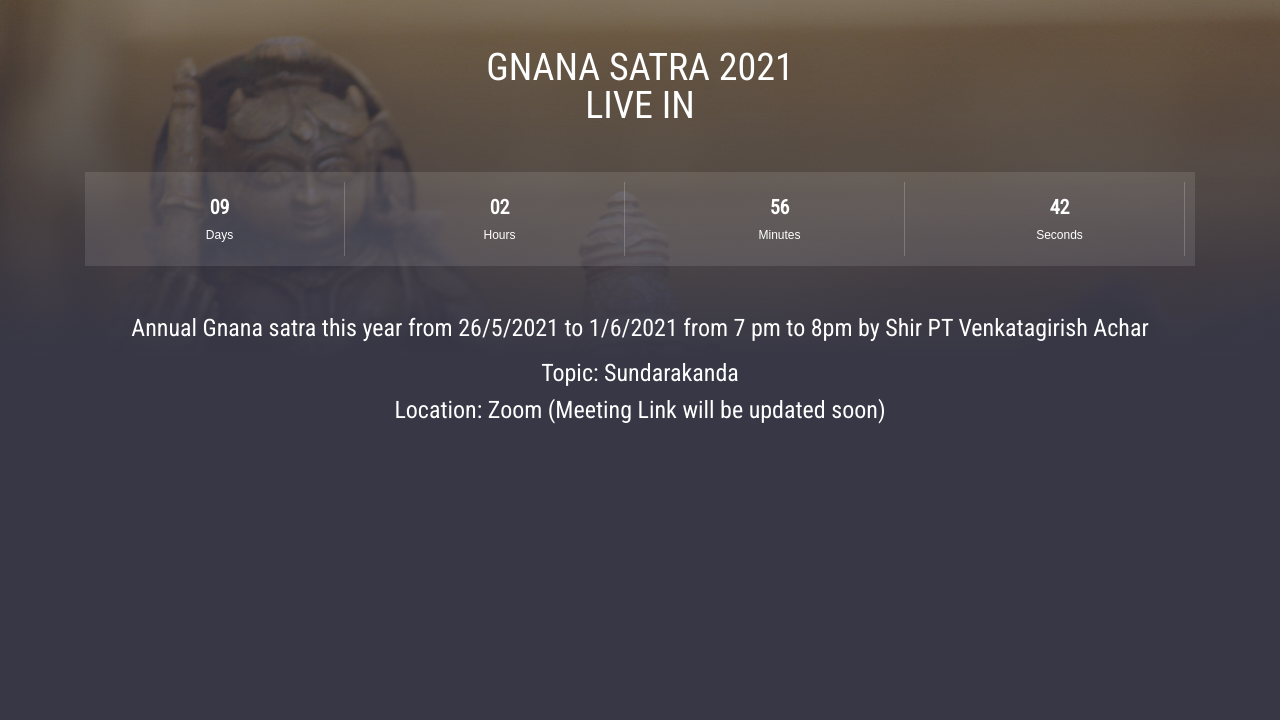
Repository: anirudhbichal/gs
Page: /
These files come from the project's save history. The page is drawn as it stood at one moment and after the next save; the edit follows.
The browser window is 1280 px wide. The pictures show the whole page.
The project was rebuilt for these pictures with package versions that can differ from the ones it lists, and the page was loaded fresh each time.

Above is the page before, as saved 2021-05-17 17:52:08.

### src/App.js
import 'bootstrap/dist/css/bootstrap.min.css';
import './App.css';
import Container from 'react-bootstrap/Container';
import Timer from "./components/countdown/Timer";

function App() {
  return (
    <div className="App">
      <Container className="my-5">
        <h1 className="mb-5">
          Gnana Satra 2021
          <br />
          Live In
        </h1>
        <Timer />
        <h4 className="mt-5">
          Annual Gnana satra this year from 26/5/2021 to 1/6/2021 from 7 pm to 8pm by Shir PT Venkatagirish Achar
        </h4>
        <h4 className="mt-3">
          Topic: Sundarakanda
        </h4>
        <h4>
          Location: Zoom (Meeting Link will be updated soon)
        </h4>
      </Container>
    </div>
  );
}

export default App;

### src/App.css
@import url("https://fonts.googleapis.com/css?family=Roboto+Condensed&display=swap");

body {
  color: #fff;
  font-family: "Roboto Condensed", sans-serif;
  background-image: url('gs-bg.jpg');
  background-position: top top;
  background-size: cover;
  margin: 0;
}

.App {
  position: fixed;
  top: 0;
  left: 0;
  right: 0;
  bottom: 0;
  text-align: center;
  background: rgb(55, 55, 70);
  background: linear-gradient(
    0deg,
    rgba(55, 55, 70, 1) 0%,
    rgba(55, 55, 70, 1) 50%,
    rgba(55, 55, 70, 0.6) 100%
  );
}

h1 {
  font-size: 38px;
  text-transform: uppercase;
  line-height: 1;
}

### src/components/countdown/Timer.js
import React, { Component } from "react";
// import moment from 'moment';
import Container from 'react-bootstrap/Container';
import Row from 'react-bootstrap/Row';
import Col from 'react-bootstrap/Col';
import "./Timer.css";

class CountDown extends Component {
  constructor(props) {
    super(props);
    this.count = this.count.bind(this);
    this.state = {
      days: 0,
      minutes: 0,
      hours: 0,
      secounds: 0,
      time_up: ""
    };
    this.x = null;
    this.deadline = null;
  }
  count() {
    var now = new Date().getTime();
    var t = this.deadline - now;
    var dd = Math.floor(t / (1000 * 60 * 60 * 24));
    var hh = Math.floor((t % (1000 * 60 * 60 * 24)) / (1000 * 60 * 60));
    var mm = Math.floor((t % (1000 * 60 * 60)) / (1000 * 60));
    var ss = Math.floor((t % (1000 * 60)) / 1000);

    var days = dd < 10 ? "0" + dd : dd;
    var hours = hh < 10 ? "0" + hh : hh;
    var minutes = mm < 10 ? "0" + mm : mm;
    var seconds = ss < 10 ? "0" + ss : ss;

    this.setState({ days, minutes, hours, seconds });

    if (t < 0) {
      clearInterval(this.x);
      this.setState({
        days: 0,
        minutes: 0,
        hours: 0,
        seconds: 0,
        time_up: "TIME IS UP"
      });
    }
  }
  componentDidMount() {
    this.deadline = new Date("May 26, 2021 19:00:00").getTime();

    this.x = setInterval(this.count, 1000);
  }

  render() {
    const { days, seconds, hours, minutes } = this.state;
    return (
      <Container id="countdown">
        <Row>
            <Col>
                <div className="box">
                    <p id="day">{days}</p>
                    <span className="text">Days</span>
                </div>
            </Col>
            <Col>
                <div className="box">
                    <p id="hour">{hours}</p>
                    <span className="text">Hours</span>
                </div>
            </Col>
            <Col>
                <div className="box">
                    <p id="minute">{minutes}</p>
                    <span className="text">Minutes</span>
                </div>
            </Col>
            <Col>
                <div className="box">
                    <p id="second">{seconds}</p>
                    <span className="text">Seconds</span>
                </div>
            </Col>
        </Row>
      </Container>
    );
  }
}

export default CountDown;

### src/components/countdown/Timer.css
#countdown {
    padding: 10px;
    background-color: rgba(255, 255, 255, 0.1);
    display: inline-block;
    text-align: center;
    margin: auto;
  }
  #countdown .box {
    padding: 10px;
    border-right: solid 1px rgba(255, 255, 255, 0.2);
  }
  #countdown .col-4:last-child .box {
    border-right-color: transparent;
  }
  #countdown .box p {
    font-size: 20px;
    font-weight: bold;
    margin: 0;
  }
  #countdown .box .text {
    font-size: 12px;
    font-family: sans-serif;
  }

Loaded but not shown: public/index.html (common file); src/index.js (common file); src/index.css (common file); src/reportWebVitals.js (common file)

After the next save:
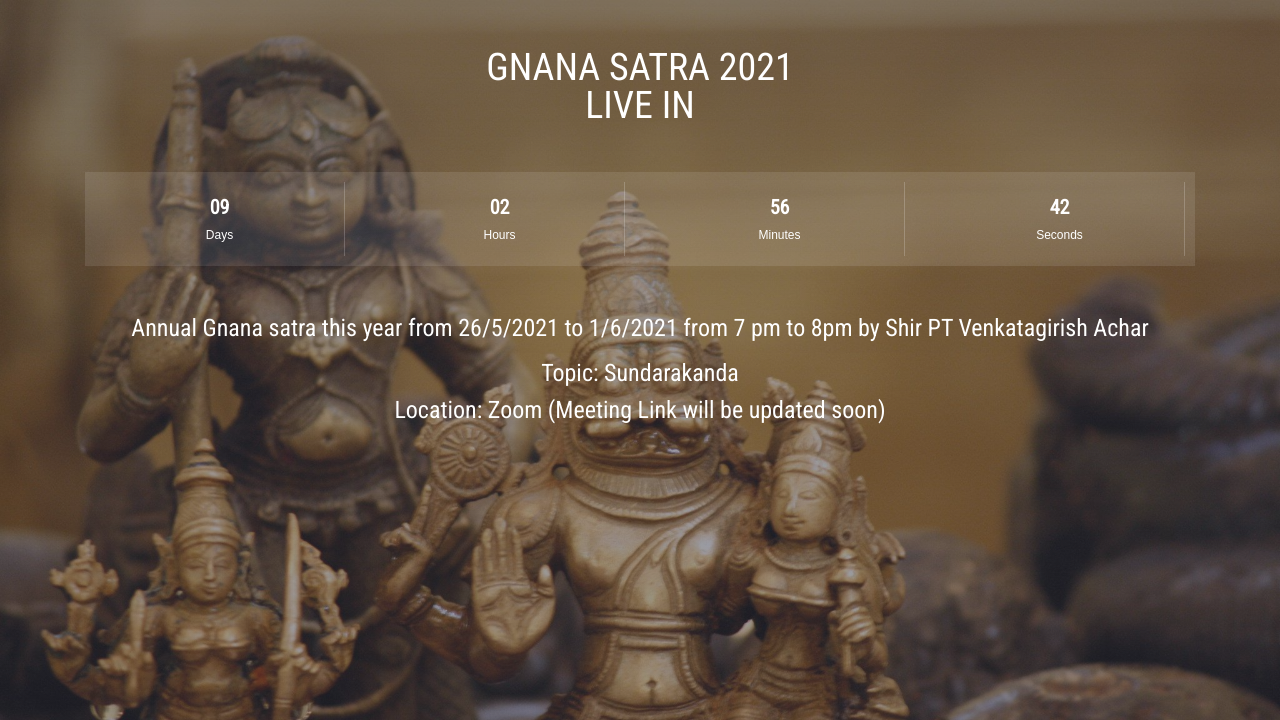
Saved 32 s later.
--- a/src/App.css
+++ b/src/App.css
@@ -19,8 +19,8 @@ body {
   background: rgb(55, 55, 70);
   background: linear-gradient(
     0deg,
-    rgba(55, 55, 70, 1) 0%,
-    rgba(55, 55, 70, 1) 50%,
+    rgba(55, 55, 70, 0.5) 0%,
+    rgba(55, 55, 70, 0.5) 50%,
     rgba(55, 55, 70, 0.6) 100%
   );
 }
